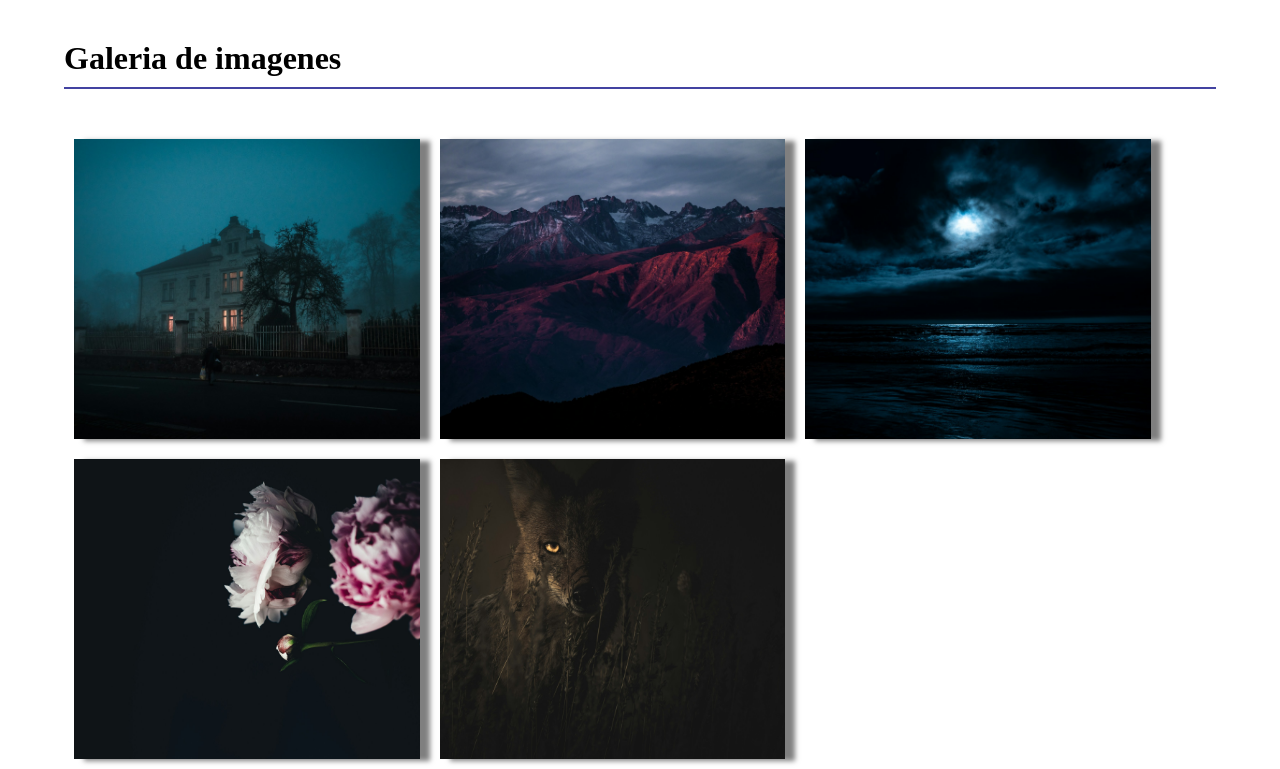
Repository: DamianBermudez94/curso-css3
Page: galeria.html
The author's editor kept a copy of each file at every save. The page is drawn from the files as they stood at one save, then again after the next save.
The browser window is 1280 px wide. The pictures show the whole page.

Above is the page before, as saved 2024-05-18 14:00:23.

### galeria.html
<!DOCTYPE html>
<html lang="es">
  <head>
    <meta charset="UTF-8" />
    <meta name="viewport" content="width=device-width, initial-scale=1.0" />
    <title>Galeria</title>
    <link rel="stylesheet" href="listas-e-imagenes/estilos.css" />
  </head>
  <body>
    <section class="gallery">
      <h1 class="title-img">Galeria de imagenes</h1>
      <div class="container">
        <img src="img/image1.jpg" alt="" class="img" />
        <img src="img/image2.jpg" alt="" class="img" />
        <img src="img/image3.jpg" alt="" class="img" />
        <img src="img/image4.jpg" alt="" class="img" />
        <img src="img/image5.jpg" alt="" class="img" />
      </div>
    </section>
  </body>
</html>

### listas-e-imagenes/estilos.css
*{
    padding: 0;
    margin: 0;
    box-sizing: border-box;
}

.gallery{
    width: 90%;
    margin: 0 auto;
    overflow: hidden;
}
.title-img{
    font-size: 2rem;
    border-bottom: 2px solid #4343a1;
    margin: 40px 0;
    padding-bottom: 10px;
}
.container{
    font-size: 0;
}
.img{
    width: 30%;
    height: 300px;
    object-fit: cover;
    margin: 10px 10px 10px 10px;
    box-shadow: 10px 2px 5px rgba(0, 0, 0, .5);
}

After the next save:
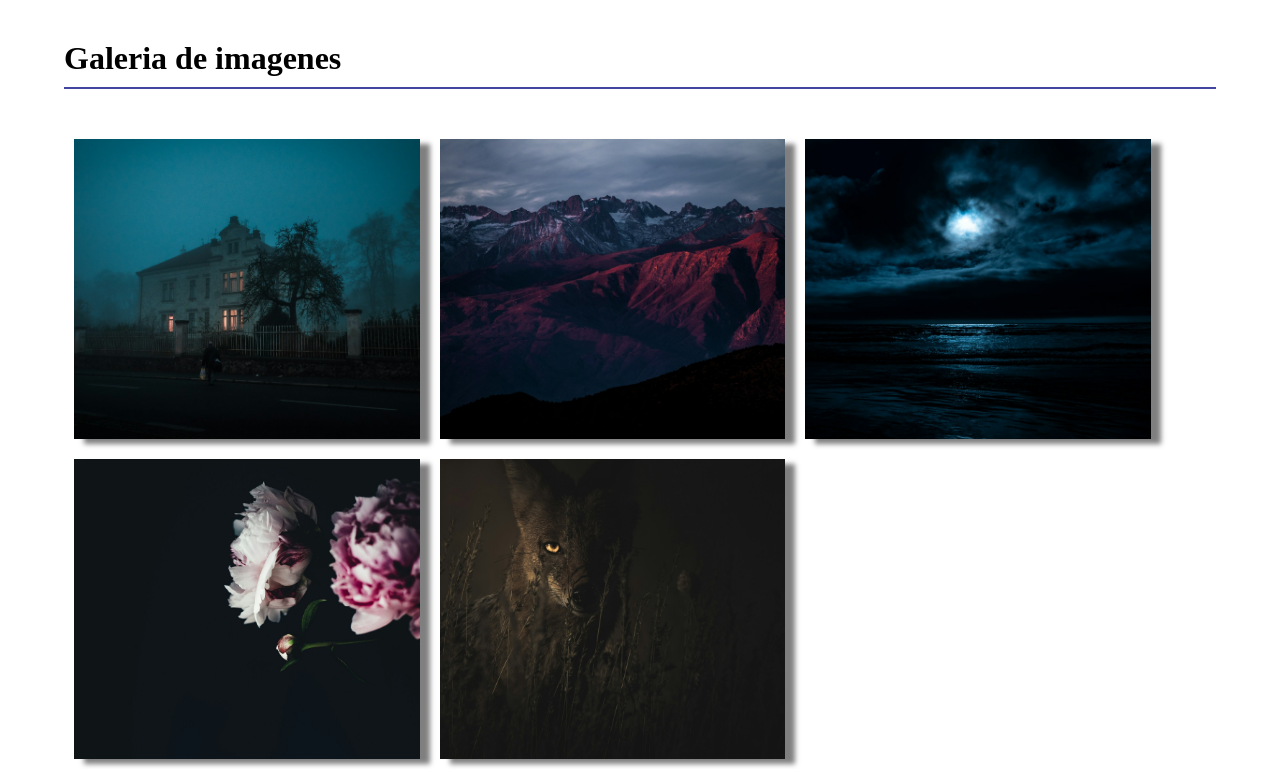
Saved 6 s later.
--- a/listas-e-imagenes/estilos.css
+++ b/listas-e-imagenes/estilos.css
@@ -23,5 +23,5 @@
     height: 300px;
     object-fit: cover;
     margin: 10px 10px 10px 10px;
-    box-shadow: 10px 2px 5px rgba(0, 0, 0, .5);
+    box-shadow: 10px 5px 5px rgba(0, 0, 0, .5);
 }
